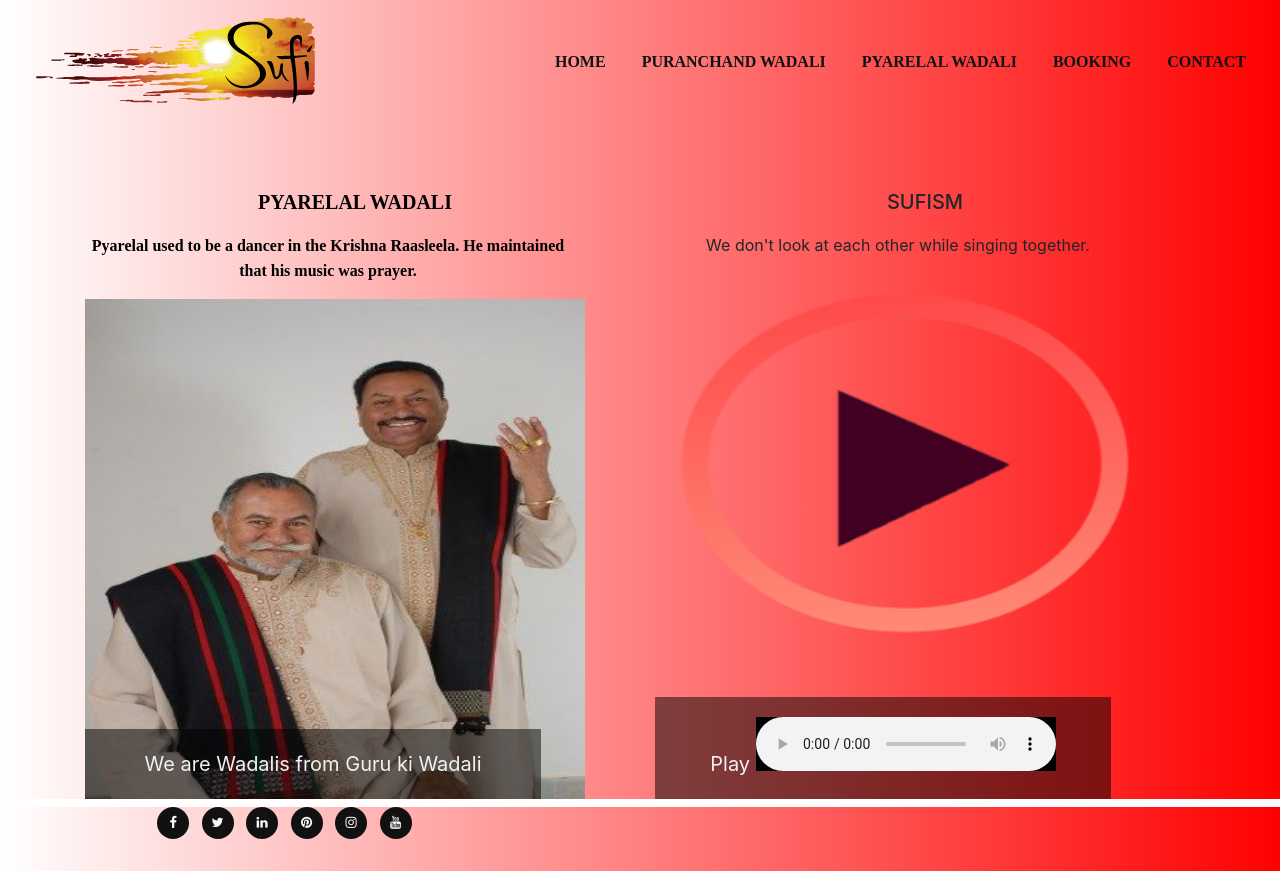
Repository: hankanallt/Wadalis
Page: pyare.html
The author's editor kept a record of every edit. The page is drawn from the files as they stood at one moment, then again after the next edit.
The browser window is 1280 px wide. The pictures show the whole page.

Above is the page before.

### pyare.html
<!DOCTYPE html>
<html lang="en">
<head>
    <meta charset="UTF-8">
    <meta name="viewport" content="width=device-width, initial-scale=1.0">
    <meta http-equiv="X-UA-Compatible" content="ie=edge">
     <link rel="stylesheet" href="style.css" type="text/css" />
    <link rel="stylesheet" href="https://stackpath.bootstrapcdn.com/bootstrap/4.3.1/css/bootstrap.min.css" integrity="sha384-ggOyR0iXCbMQv3Xipma34MD+dH/1fQ784/j6cY/iJTQUOhcWr7x9JvoRxT2MZw1T" crossorigin="anonymous">
    <script src="https://code.jquery.com/jquery-3.3.1.slim.min.js" integrity="sha384-q8i/X+965DzO0rT7abK41JStQIAqVgRVzpbzo5smXKp4YfRvH+8abtTE1Pi6jizo" crossorigin="anonymous"></script>
    <script src="https://cdnjs.cloudflare.com/ajax/libs/popper.js/1.14.7/umd/popper.min.js" integrity="sha384-UO2eT0CpHqdSJQ6hJty5KVphtPhzWj9WO1clHTMGa3JDZwrnQq4sF86dIHNDz0W1" crossorigin="anonymous"></script>
    <script src="https://stackpath.bootstrapcdn.com/bootstrap/4.3.1/js/bootstrap.min.js" integrity="sha384-JjSmVgyd0p3pXB1rRibZUAYoIIy6OrQ6VrjIEaFf/nJGzIxFDsf4x0xIM+B07jRM" crossorigin="anonymous"></script>
    <link rel="stylesheet" href="https://stackpath.bootstrapcdn.com/font-awesome/4.7.0/css/font-awesome.min.css" type="text/css" />

    <title>Wadali Bros</title>

</head>
<body>
       <section id=" nav-bar" >
  <nav class="navbar navbar-expand-lg navbar-light">
  <a class="navbar-brand" href="#"><img src="images/Logo-sufi.png"></a>

  <button class="navbar-toggler" type="button" data-toggle="collapse" data-target="#navbarNav"
  aria-controls="navbarNav" aria-expanded="false" aria-label="Toggle navigation">
    <i class="fa fa-bars"></i>
  </button>

  <div class="collapse navbar-collapse" id="navbarNav">
    <ul class="navbar-nav ml-auto">

      <li class="nav-item">
        <a class="nav-link" href="index.html">HOME</a>
      </li>
      <li class="nav-item">
        <a class="nav-link" href="puran.html">PURANCHAND WADALI</a>
      </li>
      <li class="nav-item">
        <a class="nav-link" href="pyare.html">PYARELAL WADALI</a>
      </li>
      <li class="nav-item">
        <a class="nav-link" href="book.html">BOOKING</a>
      </li>
      <li class="nav-item">
        <a class="nav-link" href="contact.html">CONTACT</a>
      </li>
    </ul>
  </div>
</nav>
    </section>

  <!-----------------banner--------------------->

   <section id= "banner" >
    <div class="container">
      <div class="row">
        <div class="col-md-6">

          <p class="title"><a href="https://timesofindia.indiatimes.com/entertainment/hindi/music/news/sufi-music-legend-pyarelal-wadali-passes-away/articleshow/63268655.cms">PYARELAL WADALI</p>
          <p class="center">Pyarelal used to be a dancer in the Krishna Raasleela.
          He maintained that his music was prayer.</a>
          </p>
          <a href="#"><img src="images/pyarewadali.jpg" height="500" width="500"></a>
          <div class="overlay">We are Wadalis from Guru ki Wadali
          </div>

          </div>

          <div class="col-md-6">
          <p class="title">SUFISM</p>
          <p class="center">We don't look at each other while singing together.</p>

          <a href="#"><img src="images/play button.png" onClick="document.getElementById('audio_play').play(); return false;"  width="500" height="380"></a>
          <div class="overlay">Play

          <audio id="audio_play" controls id="controls">
    <source src="Rangrez1.mp3" type="audio/mpeg" />
          </audio>
          </div>

        </div>
      </div>
    </div>
  </section>

   <footer class="mainfooter">
    <div class="col-sm-4" ml-auto>
                <h5 class="uppercase general-sub"></h5>
                <ul class="list-inline social-links">
                    <li class="list-inline-item">
                        <a target="_blank" href="https://www.facebook.com/thewadalibrothers/">
                            <i class="fa fa-facebook" aria-hidden="true"></i>
                            <span class="sr-only">Facebook</span>
                        </a>
                    </li>
                    <li class="list-inline-item">
                        <a target="_blank" href="https://twitter.com/wadalibrothers?lang=en">
                            <i class="fa fa-twitter" aria-hidden="true"></i>
                            <span class="sr-only">Twitter</span>
                        </a>
                    </li>
                    <li class="list-inline-item">
                        <a target="_blank" href="https://in.linkedin.com/in/wadali-brothers-322633147">
                            <i class="fa fa-linkedin" aria-hidden="true"></i>
                            <span class="sr-only">LinkedIn</span>
                        </a>
                    </li>
                    <li class="list-inline-item">
                        <a target="_blank" href="https://in.pinterest.com/wadalibrothers/">
                            <i class="fa fa-pinterest" aria-hidden="true"></i>
                            <span class="sr-only">Pinterest</span>
                        </a>
                    </li>
                    <li class="list-inline-item">
                        <a target="_blank" href="https://www.instagram.com/explore/tags/wadalibrothers/">
                            <i class="fa fa-instagram" aria-hidden="true"></i>
                            <span class="sr-only">Instagram</span>
                        </a>
                    </li>
                    <li class="list-inline-item">
                        <a target="_blank" href="https://www.youtube.com/watch?v=tL5sYdlk20I">
                            <i class="fa fa-youtube" aria-hidden="true"></i>
                            <span class="sr-only">YouTube</span>
                        </a>
                    </li>
                </ul>
            </div>

  </footer>
</body>
</html>

### style.css
*
{
    margin:0;
    padding: 0;
}

.body
{
    font-family: sans-serif;
}

#nav-bar
{
    position: absolute;
    top: 0;
    z-index: auto;
}

.navbar
{
 background-image: linear-gradient(to right, rgba(255,0,0,0), rgba(255,0,0,1));
}

.navbar-brand-img
{
    height: 15%;
    padding-left: 20;
    resize: auto;
    transform: translate(200px, 150px)rotate(20deg)
}

.navbar-nav li
{
    padding: 0 10px;
}

.navbar-nav li a
{
color : #111111 !important ;
font-weight : 600;
font-family: cursive;
float: right;
text-align: left;

}

.navbar-nav li a i:hover {
    background: #111111;
    transition: all 0.35s ease-in-out;
    -moz-transition: all 0.35s ease-in-out;
    -webkit-transition: all 0.35s ease-in-out;
    -o-transition: all 0.35s ease-in-out;

}

.fa-bars
{
    color: #fff;
    font-size: 30px;
}

.navbar-toggler{
    outline: none;
}

.center
{
    text-align: center;
    width: 90%;

}

.p
{
    background-color: silver;
    color: blue;

}

#banner
{
    background-image: linear-gradient(to right, rgba(255,0,0,0), rgba(255,0,0,1));
    padding-top: 5%;
    background-position: center;
    background-repeat: no-repeat;
    background-size: cover;
    min-height: 360px;
    transition: all .5s ease-in-out;
    -moz-transition: all .5s ease-in-out;
    -webkit-transition: all .5s ease-in-out;
}

.title
{
    font-size: 20px;
    font-weight: 500;
    text-align: center;
    display: block;
}

.img{
    border-color: black;
    border-radius: 2px;

}

.img1{
    border-color: black;
    border-radius: 2px;

}

.controls{
    color:transparent;
}
.overlay {
position: absolute;
  bottom: 0;
  background: rgb(0, 0, 0);
  background: rgba(0, 0, 0, 0.5); /* Black see-through */
  color: #f1f1f1;
  width: 80%;
  transition: .5s ease;
  opacity:5;
  font-size: 20px;
  padding: 20px;
  text-align: center;
}

/* When you mouse over the container, fade in the overlay title */

.container:hover .overlay {
  opacity: 5;
  transition: ease-in-out;
}



#banner a
{
    color: black;
    text-decoration: none;
    font-family: cursive;
    font-weight: bold;
}

/*-------------------------------footer*/

.mainfooter
{
  background-image: linear-gradient(to right, rgba(255,0,0,0), rgba(255,0,0,1));
  padding-bottom: 5%;
  margin: auto;
}

#audio_play{
    background-color:black;

}
/*-------------------------social links----------*/


.social-links {
    padding-bottom: 15px;
    float: right;
}



.social-links li a i {
    width: 32px;
    height: 32px;
    padding: 12px 0;
    border-radius: 50%;
    font-size: 13px;
    line-height: 7px;
    text-align: center;
    color: #fafafa;
    background: #111111;
    transition: all 0.35s ease-in-out;
    -moz-transition: all 0.35s ease-in-out;
    -webkit-transition: all 0.35s ease-in-out;
    -o-transition: all 0.35s ease-in-out;
}


.social-links li a i:hover {
    background: #e84610;
}
.foot{
    float: right;
    margin-right: 50px;
}

/*-----------------contact form-----------*/

.contact-form{
    margin-top: 100px;
    color: black;
    text-transform: inherit;
    transition: all 4s ease-in-out;

}

.contact-form h1{
    font-size: 20px;
    line-height: 10px;

}

.contact-form h2{
    font-size: 10px;
}

.form{
    margin-top: 50px;
     transition: all 4s ease-in-out;

}

.formcontrol{
    width: 600px;
    border-bottom: 2px solid;
    color: black;
    font-size: 18px;
    margin-bottom: 16px;
    font-weight: bold

}

.formcontrol1{
    background-color: transparent;
    border-color: black;
    font-size: 20px;
    font-weight: bold;
    letter-spacing: 2px;
    height: 50px;
    margin-top: 20px;



}

.formcontrol1:hover{
    background-color: pink;
    cursor: pointer;
}

@media(min-width: 900px){
    .center-form{
    padding-top: 30;
    min-height: 240px;
    margin: 0 auto;
    max-width: 50%;
}
}

After the next edit:
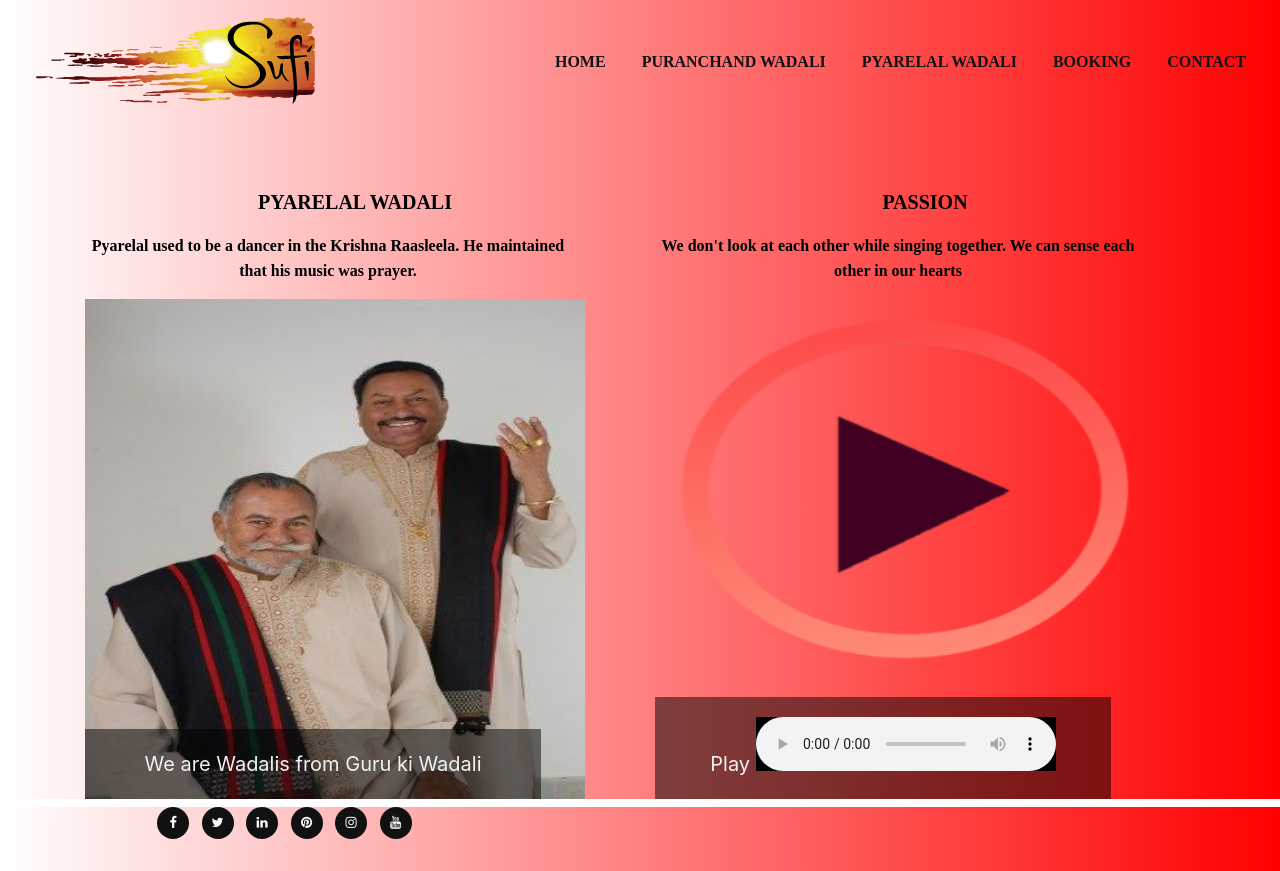
The edit:
--- a/pyare.html
+++ b/pyare.html
@@ -65,8 +65,8 @@
           </div>
 
           <div class="col-md-6">
-          <p class="title">SUFISM</p>
-          <p class="center">We don't look at each other while singing together.</p>
+          <p class="title"><a href="https://en.wikipedia.org/wiki/Wadali_Brothers">PASSION</p>
+          <p class="center">We don't look at each other while singing together.  We can sense each other in our hearts</a></p>
 
           <a href="#"><img src="images/play button.png" onClick="document.getElementById('audio_play').play(); return false;"  width="500" height="380"></a>
           <div class="overlay">Play
